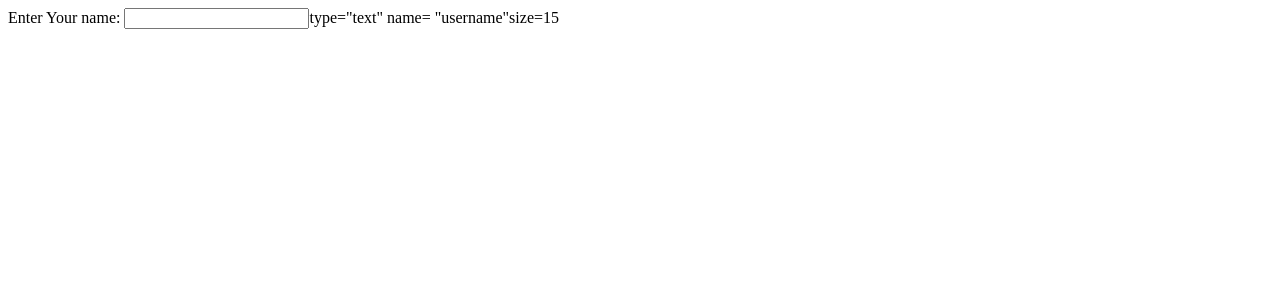
Repository: GangaNavyasri/Day10
Page: Hello World/WebContent/home.html
An editor plug-in stored every save of this project. The page is shown before and after the next save, followed by the edit.
The browser window is 1280 px wide. The pictures show the whole page.

Above is the page before, as saved 2018-09-05 09:26:10.

### Hello World/WebContent/home.html
<!DOCTYPE html>
<html>
<head>
<meta charset="ISO-8859-1">
<title>Home Page</title>
</head>
<body>
	<!-- <a href="hello">Click here</a>-->
<form>
<label>Enter Your name: </label>
<input>type="text" name= "username"size=15</input>




</form>

</body>
</html>

After the next save:
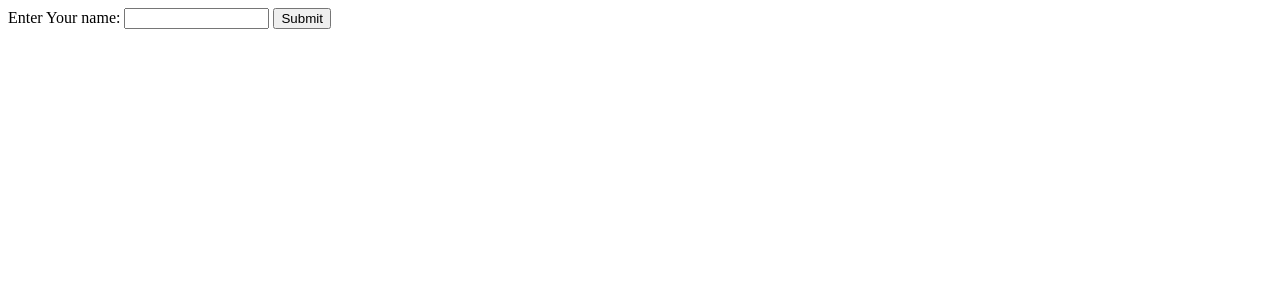
Saved 100 s later.
--- a/Hello World/WebContent/home.html
+++ b/Hello World/WebContent/home.html
@@ -6,14 +6,15 @@
 </head>
 <body>
 	<!-- <a href="hello">Click here</a>-->
-<form>
-<label>Enter Your name: </label>
-<input>type="text" name= "username"size=15</input>
+	<form>
+		<label> Enter Your name: </label>
+		<input type="text" name="username"size=15/>
+		<input type="submit"/>
 
 
 
 
-</form>
+	</form>
 
 </body>
 </html>
